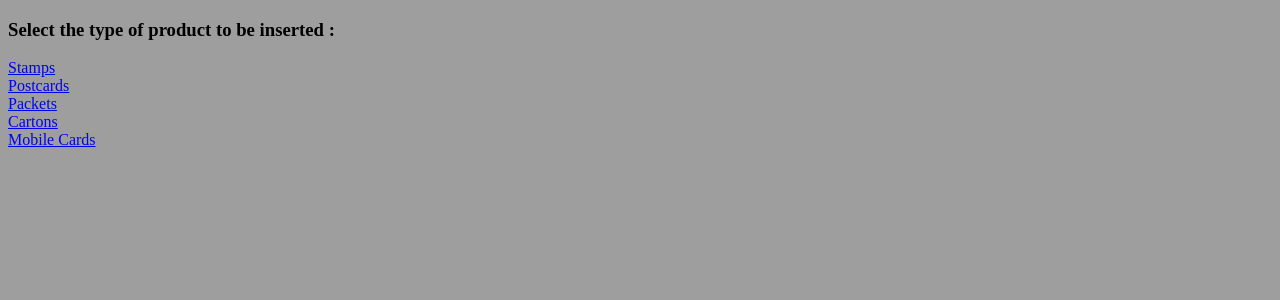
Repository: pratikmathur279/E-Postal-Services-1
Page: http://localhost/Project/addproducts.jsp
These files come from the project's save history. The page is drawn as it stood at one moment and after the next save; the edit follows.
The browser window is 1280 px wide. The pictures show the whole page.
The page is served by Tomcat 9.

Above is the page before, as saved 2014-07-27 07:11:55.

After the next save:
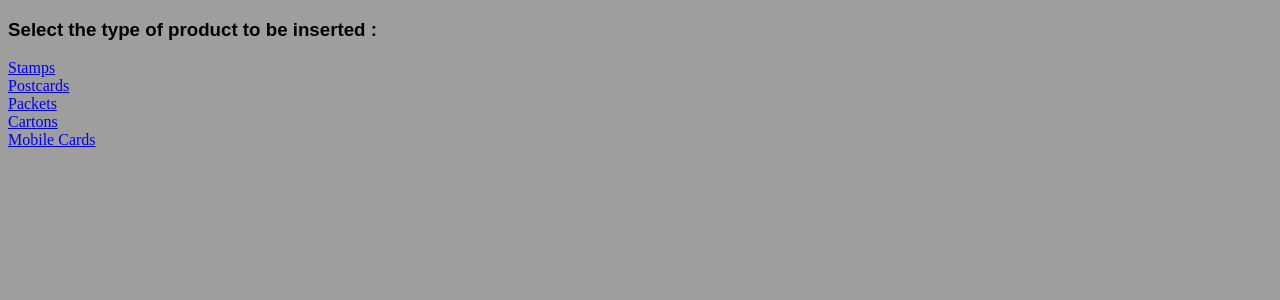
Saved 54 s later.
--- a/Project/WebContent/addproducts.jsp
+++ b/Project/WebContent/addproducts.jsp
@@ -8,8 +8,8 @@
 </head>
 <body background="E:\Project\background_home.jpg">
 
-<h3>Select the type of product to be inserted : </h3>
-<a onclick="blue" href="stamps_addproducts.jsp">Stamps</a><br>
+<h3 style="font-family: sans-serif;">Select the type of product to be inserted : </h3>
+<a style="" href="stamps_addproducts.jsp">Stamps</a><br>
 <a href="postcards_addproducts.jsp">Postcards</a><br>
 <a href="packets_addproducts.jsp">Packets</a><br>
 <a href="cartons_addproducts.jsp">Cartons</a><br>

After the save that followed:
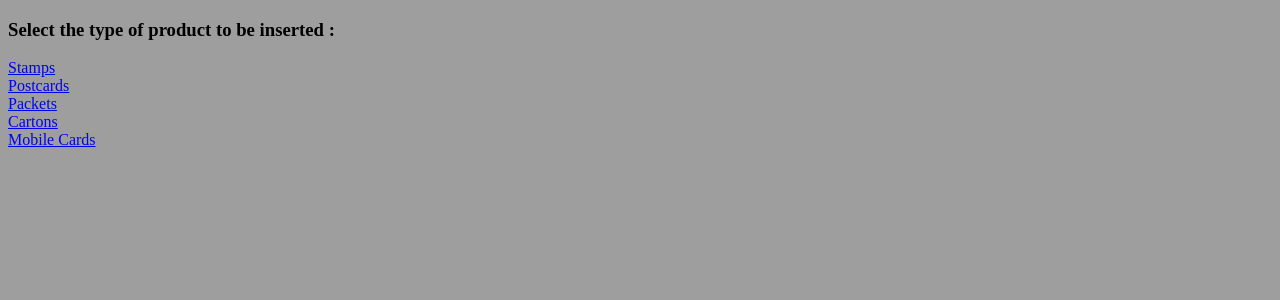
Saved 12 s later.
--- a/Project/WebContent/addproducts.jsp
+++ b/Project/WebContent/addproducts.jsp
@@ -8,7 +8,7 @@
 </head>
 <body background="E:\Project\background_home.jpg">
 
-<h3 style="font-family: sans-serif;">Select the type of product to be inserted : </h3>
+<h3 style="font-family: serif;;">Select the type of product to be inserted : </h3>
 <a style="" href="stamps_addproducts.jsp">Stamps</a><br>
 <a href="postcards_addproducts.jsp">Postcards</a><br>
 <a href="packets_addproducts.jsp">Packets</a><br>
